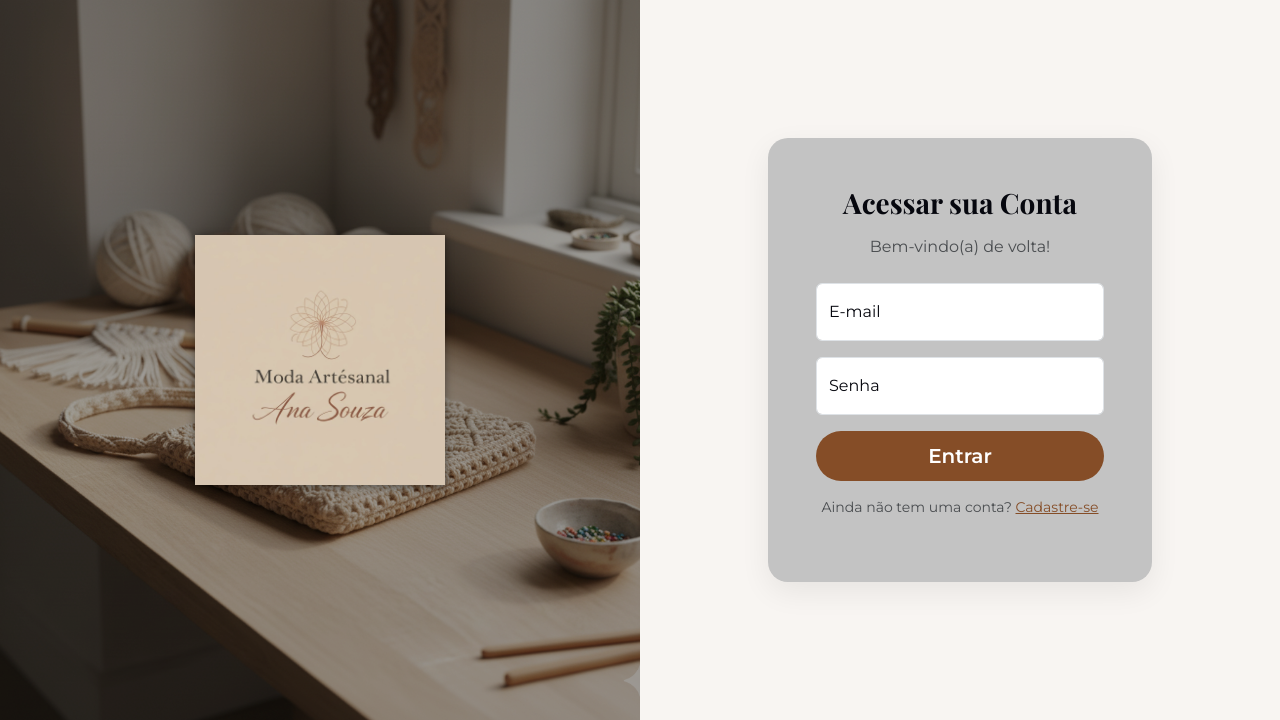
Repository: Lucascsg/projeto-anasouza-frontend
Page: login.html
These files come from the project's save history. The page is drawn as it stood at one moment and after the next save; the edit follows.
The browser window is 1280 px wide. The pictures show the whole page.

Above is the page before, as saved 2025-10-21 23:29:46.

### login.html
<!DOCTYPE html>
<html lang="pt-br">
<head>
    <meta charset="UTF-8">
    <meta name="viewport" content="width=device-width, initial-scale=1.0">
    <title>Login - Ana Souza</title>
    <link href="https://cdn.jsdelivr.net/npm/bootstrap@5.3.2/dist/css/bootstrap.min.css" rel="stylesheet">
    <link rel="stylesheet" href="css/style.css">
    <link rel="stylesheet" href="https://cdn.jsdelivr.net/npm/bootstrap-icons@1.11.1/font/bootstrap-icons.css">
    <link rel="preconnect" href="https://fonts.googleapis.com">
    <link rel="preconnect" href="https://fonts.gstatic.com" crossorigin>
    <link href="https://fonts.googleapis.com/css2?family=Montserrat:wght@400;500;600&family=Playfair+Display:wght@700&family=Great+Vibes&display=swap" rel="stylesheet">

    <style>
        /* Estilo para garantir altura total e split screen */
        body, html { height: 100%; margin: 0; overflow: hidden; }
        .split-container { display: flex; min-height: 100vh; }
        .split-image {
            background: url('imagens/backlog4.png') no-repeat center center/cover; /* SUA IMAGEM DE FUNDO AQUI */
            flex: 1;
            position: relative;
            display: flex;
            align-items: center;
            justify-content: center;
            padding: 2rem; /* Adiciona um respiro */
        }
        .split-form {
            flex: 1;
            display: flex;
            align-items: center;
            justify-content: center;
            padding: 2rem;
            background-color: var(--cor-fundo-claro);
            overflow-y: auto;
        }

        /* Overlay sobre a imagem */
        .split-image::before {
            content: '';
            position: absolute;
            top: 0; left: 0;
            width: 100%; height: 100%;
            background: rgba(0, 0, 0, 0.35);
            z-index: 1;
        }

        /* --- ATUALIZADO: Estilo para a IMAGEM do logo --- */
        .image-logo {
            position: relative;
            z-index: 2;
            text-align: center;
            max-width: 250px; /* Limita a largura máxima do logo */
            width: 70%;       /* Faz o logo ocupar 70% do espaço disponível */
        }
        .image-logo img {
            /* Adiciona um leve filtro para o logo "flutuar" melhor sobre fundos variados */
            filter: drop-shadow(0px 2px 4px rgba(0,0,0,0.4));
        }

        /* Ajuste para telas menores */
        @media (max-width: 767px) {
            .split-container { flex-direction: column-reverse; }
            .split-image {
                min-height: 200px; /* Altura menor para o logo no mobile */
                flex: none;
                padding: 1rem; /* Menos respiro */
            }
            .image-logo { /* Logo na imagem é ajustado no mobile */
                max-width: 180px; /* Logo menor no mobile */
                width: 60%;
            }
            .split-form { padding: 1.5rem; }
            .form-logo { display: block !important; }
             /* Esconde o logo grande da imagem no mobile, mostra o pequeno do form */
             /* .image-logo { display: none !important; } */ /* Descomente se preferir esconder totalmente no mobile */
        }
        @media (min-width: 768px) {
            .form-logo { display: none; }
        }
    </style>
</head>
<body>

    <div class="split-container">
        <div class="split-image d-none d-md-flex">
            <div class="image-logo">
                <a href="index.html">
                    <img src="imagens/logo.png" alt="Logo Ana Souza" class="img-fluid">
                </a>
            </div>
        </div>

        <div class="split-form">
            <div class="col-lg-8 col-md-10 col-sm-12">
                <div class="form-container section-card">
                    <div class="text-center mb-4">
                        <a class="logo-text form-logo d-none d-md-none d-inline-block mb-3 text-decoration-none" href="index.html" style="font-size: 2.5rem; color: var(--cor-base-escura) !important;">
                            <div>Ana Souza</div>
                            <small class="logo-subtitle" style="font-size: 0.7rem; color: var(--cor-base-escura); opacity: 0.8;">MODA ARTESANAL</small>
                        </a>
                        <h1 class="h3 mb-3 fw-bold">Acessar sua Conta</h1>
                        <p class="text-muted">Bem-vindo(a) de volta!</p>
                    </div>
                    <form id="login-form">
                        <div class="form-floating mb-3">
                            <input type="email" class="form-control" id="email" placeholder="nome@exemplo.com" required>
                            <label for="email">E-mail</label>
                        </div>
                        <div class="form-floating mb-3">
                            <input type="password" class="form-control" id="senha" placeholder="Senha" required>
                            <label for="senha">Senha</label>
                        </div>
                        <div class="d-grid mb-3">
                            <button class="btn btn-custom-primary btn-lg" type="submit">Entrar</button>
                        </div>
                        <p class="text-center text-muted small">
                            Ainda não tem uma conta? <a href="cadastro.html" class="link-custom-secondary">Cadastre-se</a>
                        </p>
                    </form>
                </div>
            </div>
        </div>
    </div>

    <script src="https://cdn.jsdelivr.net/npm/bootstrap@5.3.2/dist/js/bootstrap.bundle.min.js"></script>
</body>
</html>

### css/style.css
/* =================================== */
/* VARIÁVEIS GLOBAIS E ESTILOS BASE    */
/* =================================== */
:root {
    /* Sua paleta de cores (mantive suas últimas alterações) */
    --cor-base-escura: #854D27;
    --cor-acao-vibrante: #854D27;
    --cor-detalhe-quente: #29524A;
    --cor-texto-escuro: #06070E;

    /* Cores Neutras e de Fundo */
    --cor-fundo-claro: #F8F5F2;
    --cor-texto-claro: #FFFFFF;
}

body {
    font-family: 'Montserrat', sans-serif;
    background-color: #B16262;
    color: var(--cor-texto-escuro);
}

/* Estilo para páginas com fundo branco específico */
body.bg-white-page {
    background-color: #FFFFFF;
}

h1, h2, h3, h4, h5, h6 {
    font-family: 'Playfair Display', serif;
    color: var(--cor-detalhe-quente);
}

/* =================================== */
/* ESTILOS DA BARRA DE NAVEGAÇÃO       */
/* =================================== */
.navbar-custom {
    background-color: var(--cor-base-escura);
}
/* ... (O resto dos estilos da navbar e do logo permanecem como você enviou) ... */
.navbar-brand.logo-text {
    display: flex;
    flex-direction: column;
    justify-content: center;
    padding: 0;
    position: relative;
    top: 2px;
}
.navbar-brand div {
    font-family: 'Great Vibes', cursive;
    font-size: 2.2rem;
    color: #FFD972 !important;
    line-height: 1;
    font-weight: normal;
}
.navbar-brand .logo-subtitle {
    font-family: 'Montserrat', sans-serif;
    font-size: 0.6rem;
    text-transform: uppercase;
    letter-spacing: 0.1em;
    display: block;
    opacity: 0.9;
    color: #FFD972;
    margin-top: -5px;
}
/* ... (outros estilos da navbar que você enviou) ... */
.navbar-custom .navbar-brand img {
    height: 40px;
}
.navbar-custom .nav-link {
    color: var(--cor-texto-claro);
    font-weight: 500;
    text-transform: uppercase;
    font-size: 0.9rem;
    padding: 0.5rem 1rem;
    transition: opacity 0.3s;
}
.navbar-custom .nav-link:hover {
    opacity: 0.8;
}
.navbar-icons a {
    color: var(--cor-texto-claro);
    font-size: 1.2rem;
    transition: opacity 0.3s;
}
.navbar-icons a:hover {
    opacity: 0.8;
}


/* =================================== */
/* ESTILOS DA SEÇÃO HERO (IMAGEM)      */
/* =================================== */
#hero {
    position: relative;
    height: 90vh;
    width: 100%;
    display: flex;
    align-items: center;
    justify-content: center;

    /* --- ATUALIZAÇÃO PARA IMAGEM DE FUNDO --- */
    background: url('../imagens/hero-background.jpg') no-repeat center center/cover;
}

#hero::after {
    content: '';
    position: absolute;
    top: 0;
    left: 0;
    width: 100%;
    height: 100%;
    background: rgba(0, 0, 0, 0.6);
    z-index: 1;
}

#hero .hero-content {
    position: relative;
    z-index: 2;
}

#hero .hero-content h1 {
    font-weight: 700;
    color: var(--cor-texto-claro);
}

#hero .hero-content .btn {
    border-radius: 50px;
    padding: 12px 30px;
    font-weight: 600;
}


/* ... (O resto do seu CSS continua exatamente como você enviou) ... */

/* =================================== */
/* ESTILOS GERAIS DAS SEÇÕES           */
/* =================================== */
section h2 {
    color: var(--cor-detalhe-quente);
    margin-bottom: 1rem;
}

/* =================================== */
/* ESTILOS DA SEÇÃO DE PRODUTOS        */
/* =================================== */
.product-card {
    border: none;
    border-radius: 15px;
    box-shadow: 0 4px 15px rgba(0, 0, 0, 0.08);
    transition: all 0.3s ease-in-out;
}
.product-card:hover {
    transform: translateY(-8px);
    box-shadow: 0 8px 25px rgba(0, 0, 0, 0.12);
}
.product-card .card-title {
    color: var(--cor-texto-escuro);
    font-weight: 600;
}
.product-card .btn {
    border-radius: 50px;
    padding: 8px 25px;
    font-weight: 500;
    border-color: var(--cor-base-escura);
    color: var(--cor-base-escura);
}
.product-card .btn:hover {
    background-color: var(--cor-base-escura);
    color: white;
}

/* =================================== */
/* ESTILOS DA SEÇÃO DE BLOG            */
/* =================================== */
.btn-custom-primary {
    background-color: var(--cor-acao-vibrante);
    color: white;
    border: none;
    border-radius: 50px;
    padding: 10px 30px;
    font-weight: 600;
    transition: all 0.3s;
}
.btn-custom-primary:hover {
    background-color: var(--cor-acao-vibrante);
    color: white;
    opacity: 0.9;
    transform: translateY(-2px);
}
#blog img {
    border-radius: 15px;
}

/* =================================== */
/* ESTILOS DO RODAPÉ (FOOTER)          */
/* =================================== */
.footer-custom {
    background-color: var(--cor-base-escura);
}
.footer-custom a {
    text-decoration: none;
    transition: opacity 0.3s;
}
.footer-custom a:hover {
    opacity: 0.8;
}

/* =================================== */
/* ESTILO DE SEÇÃO EM FORMATO DE CARD  */
/* =================================== */

.section-card {
    background-color: #c3c3c3; /* Fundo branco para o card */
    padding: 3rem 2rem;        /* Espaçamento interno generoso */
    border-radius: 20px;       /* As pontas curvadas que você pediu */
    box-shadow: 0 10px 30px rgba(0, 0, 0, 0.07); /* Sombra sutil para "flutuar" */
}

/* =================================== */
/* Estilos da Página de Produto        */
/* =================================== */

.product-price {
    color: var(--cor-detalhe-quente); /* Usando o verde/marrom dos títulos */
    font-weight: 600;
}

/* =================================== */
/* Estilos da Personalização de Cor    */
/* =================================== */

.seletor-cor {
    width: 32px;
    height: 32px;
    border-radius: 50%; /* Deixa o elemento redondo */
    border: 2px solid #eee;
    cursor: pointer;
    margin-right: 10px;
    margin-bottom: 10px;
    transition: transform 0.2s ease-in-out;
    background-size: cover;
    background-position: center;
}

.seletor-cor:hover {
    transform: scale(1.1); /* Efeito de zoom no hover */
}

/* Estilo para o seletor de cor que está ativo/selecionado */
.seletor-cor.active {
    border-color: var(--cor-base-escura); /* Usa a cor da navbar para destacar */
    box-shadow: 0 0 8px rgba(0, 0, 0, 0.3);
}

/* ============================================= */
/* REFINAMENTO DA PÁGINA DE POST (LEIA MAIS)     */
/* ============================================= */

/* 1. Controlando o tamanho da imagem de destaque */
#post-imagem {
    max-height: 450px; /* Define uma altura máxima para a imagem */
    width: 100%;
    object-fit: cover;   /* Garante que a imagem cubra o espaço sem distorcer */
    border-radius: 15px; /* Bordas mais suaves, combinando com o resto do site */
}

/* 2. Ajustando o Título e a Data */
#post-titulo {
    margin-top: 2.5rem; /* Adiciona mais espaço acima do título */
}

#post-data {
    font-size: 0.8rem;
    text-transform: uppercase;
    letter-spacing: 0.05em; /* Espaçamento entre as letras para um look mais "design" */
}

/* 3. Melhorando a legibilidade do texto do artigo */
#post-conteudo p {
    font-size: 1.1rem;      /* Aumenta um pouco o tamanho da fonte para leitura */
    line-height: 1.8;       /* Aumenta o espaçamento entre as linhas, essencial para textos longos */
    color: #343a40;         /* Um cinza mais escuro para melhor contraste e conforto visual */
}

/* Estilo para os cards de resumo na página de agradecimento */
.summary-item-card {
    background-color: #c3c3c3 !important; /* O cinza que você usou nos section-cards */
    border: none;
    color: var(--cor-texto-escuro); /* Garante que o texto dentro seja escuro */
}

/* =================================== */
/* Estilos para Formulários de Login/Cadastro */
/* =================================== */
.form-container {
    padding: 2rem;
}

@media (min-width: 768px) {
    .form-container {
        padding: 3rem;
    }
}

/* Links personalizados para autenticação */
.link-custom-secondary {
    color: var(--cor-base-escura); /* Usa sua cor base escura */
    text-decoration: underline;
}
.link-custom-secondary:hover {
    color: var(--cor-principal-hover); /* Muda para o hover da cor principal */
    text-decoration: none;
}

After the next save:
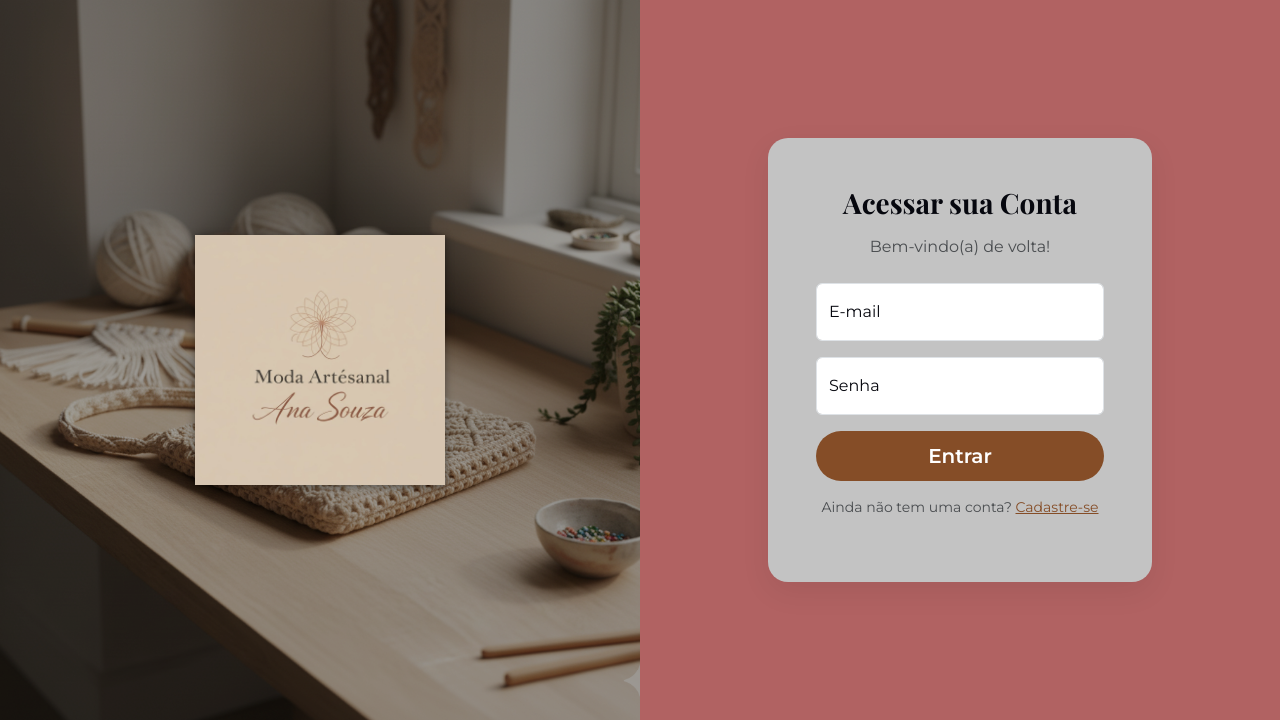
Saved 6 min 43 s later.
--- a/login.html
+++ b/login.html
@@ -30,7 +30,7 @@
             align-items: center;
             justify-content: center;
             padding: 2rem;
-            background-color: var(--cor-fundo-claro);
+            background-color: #B16262 ;
             overflow-y: auto;
         }
 
